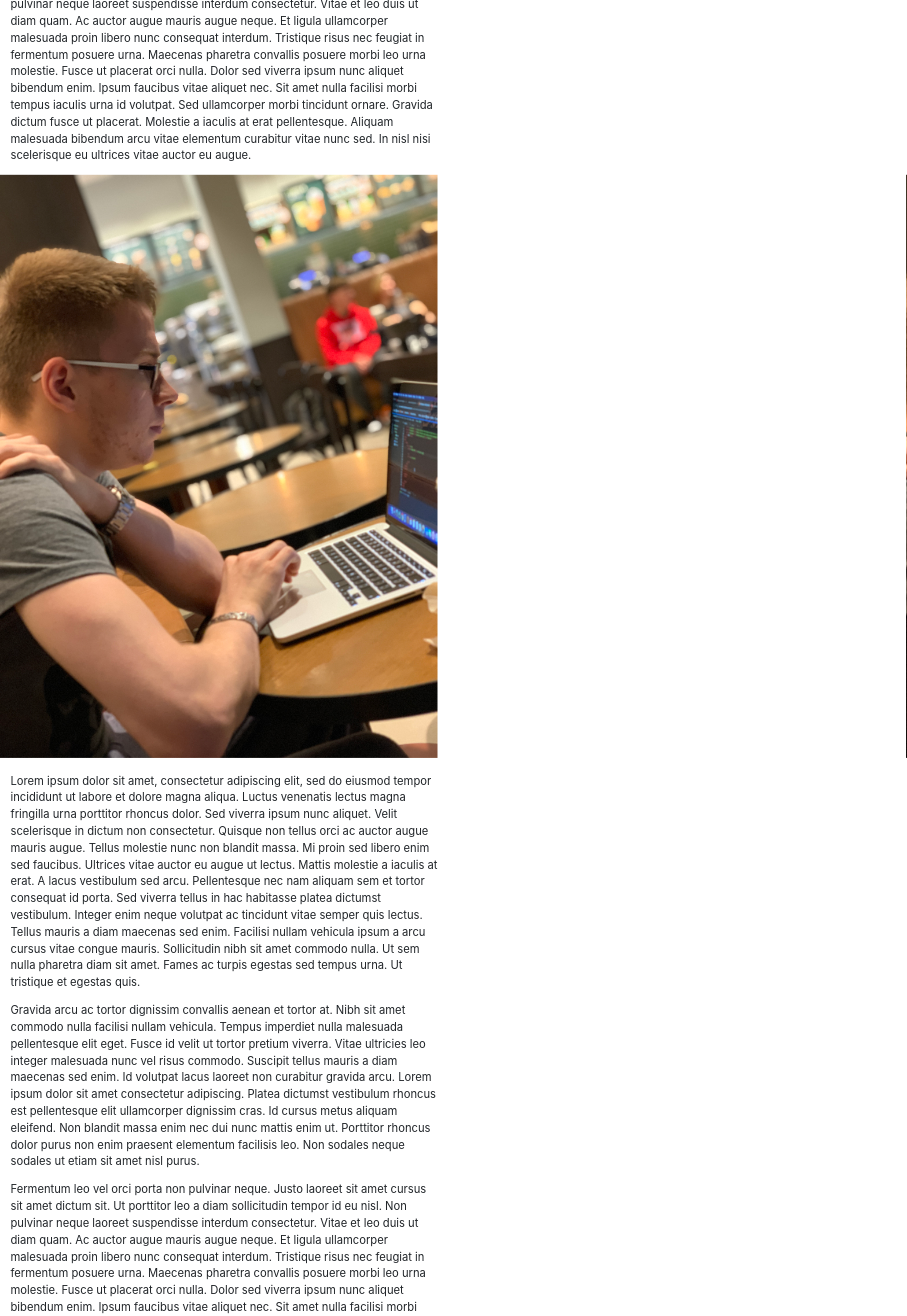
Repository: Code-Institute-Submissions/user-centric-frontend-dev-milestone-project
Page: index.html
The author's editor kept a record of every edit. The page is drawn from the files as they stood at one moment, then again after the next edit.
The browser window is 1280 px wide. The page is 1295 px wide, so the pictures cover 1295 px, including what lies to the right of the window. The pictures show the part of the page from y = 1854 to 3734 px (the page is 3845 px tall before and 2104 px after), at 70% of full size.

Above is the page before.

After the next edit:
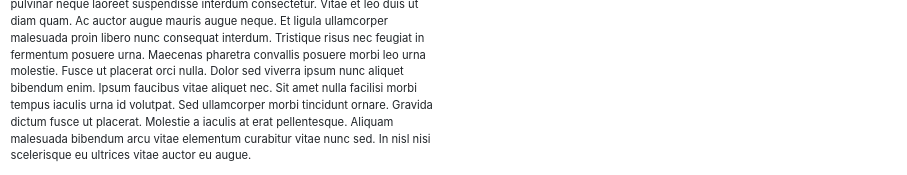
The edit:
--- a/index.html
+++ b/index.html
@@ -45,36 +45,15 @@
                 </div>
             </div>
         </div>
-            <div class="row">
-                <div class="col-sm-12 col-md-12 col-lg-6">
-                    <img src="assets/images/will.jpg" class="image"></img>
-                </div>
-            </div>
-            <div class="col-sm-12 col-md-12 col-lg-6 home-paragraphs">
-                <p>
-                    Lorem ipsum dolor sit amet, consectetur adipiscing elit, sed do eiusmod tempor incididunt ut labore et dolore magna aliqua. Luctus venenatis lectus magna fringilla urna porttitor rhoncus dolor. Sed viverra ipsum nunc aliquet. Velit scelerisque in dictum
-                    non consectetur. Quisque non tellus orci ac auctor augue mauris augue. Tellus molestie nunc non blandit massa. Mi proin sed libero enim sed faucibus. Ultrices vitae auctor eu augue ut lectus. Mattis molestie a iaculis at erat. A lacus
-                    vestibulum sed arcu. Pellentesque nec nam aliquam sem et tortor consequat id porta. Sed viverra tellus in hac habitasse platea dictumst vestibulum. Integer enim neque volutpat ac tincidunt vitae semper quis lectus. Tellus mauris a
-                    diam maecenas sed enim. Facilisi nullam vehicula ipsum a arcu cursus vitae congue mauris. Sollicitudin nibh sit amet commodo nulla. Ut sem nulla pharetra diam sit amet. Fames ac turpis egestas sed tempus urna. Ut tristique et egestas
-                    quis.
-                </p>
-                <p>
-                    Gravida arcu ac tortor dignissim convallis aenean et tortor at. Nibh sit amet commodo nulla facilisi nullam vehicula. Tempus imperdiet nulla malesuada pellentesque elit eget. Fusce id velit ut tortor pretium viverra. Vitae ultricies leo integer malesuada
-                    nunc vel risus commodo. Suscipit tellus mauris a diam maecenas sed enim. Id volutpat lacus laoreet non curabitur gravida arcu. Lorem ipsum dolor sit amet consectetur adipiscing. Platea dictumst vestibulum rhoncus est pellentesque elit
-                    ullamcorper dignissim cras. Id cursus metus aliquam eleifend. Non blandit massa enim nec dui nunc mattis enim ut. Porttitor rhoncus dolor purus non enim praesent elementum facilisis leo. Non sodales neque sodales ut etiam sit amet
-                    nisl purus.
-                </p>
-                <p>
-                    Fermentum leo vel orci porta non pulvinar neque. Justo laoreet sit amet cursus sit amet dictum sit. Ut porttitor leo a diam sollicitudin tempor id eu nisl. Non pulvinar neque laoreet suspendisse interdum consectetur. Vitae et leo duis ut diam quam. Ac
-                    auctor augue mauris augue neque. Et ligula ullamcorper malesuada proin libero nunc consequat interdum. Tristique risus nec feugiat in fermentum posuere urna. Maecenas pharetra convallis posuere morbi leo urna molestie. Fusce ut placerat
-                    orci nulla. Dolor sed viverra ipsum nunc aliquet bibendum enim. Ipsum faucibus vitae aliquet nec. Sit amet nulla facilisi morbi tempus iaculis urna id volutpat. Sed ullamcorper morbi tincidunt ornare. Gravida dictum fusce ut placerat.
-                    Molestie a iaculis at erat pellentesque. Aliquam malesuada bibendum arcu vitae elementum curabitur vitae nunc sed. In nisl nisi scelerisque eu ultrices vitae auctor eu augue.
-                </p>
-            </div>
+
+
+
+
+
     </header>
 
     <section>
-        <div class="row">
+               <div class="row">
             <div class="col-sm-12 col-md-12 col-lg-6">
                 <img src="assets/images/will.jpg" class="image"></img>
             </div>
@@ -99,7 +78,6 @@
                 Molestie a iaculis at erat pellentesque. Aliquam malesuada bibendum arcu vitae elementum curabitur vitae nunc sed. In nisl nisi scelerisque eu ultrices vitae auctor eu augue.
             </p>
         </div>
-        </div>
     </section>
 
     <footer>
